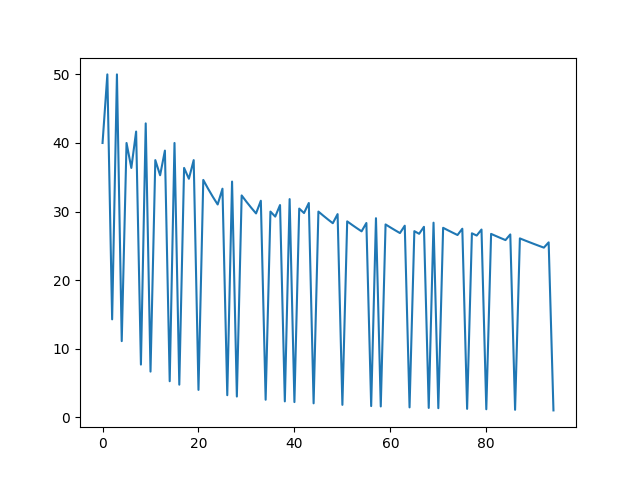
Repository: Vorztek/Data
Script's output: python Exercices_Python/Old_project/Maths_and_algorithms/Première_série_exo/génération_nombre_premiers.py
An editor plug-in stored every save of this project. The script's output is shown before and after a run of saves, followed by the edit.
Random numbers start from a fixed seed.

Above is the script's output before, as saved 2021-07-28 16:07:41.

After the next 2 saves:
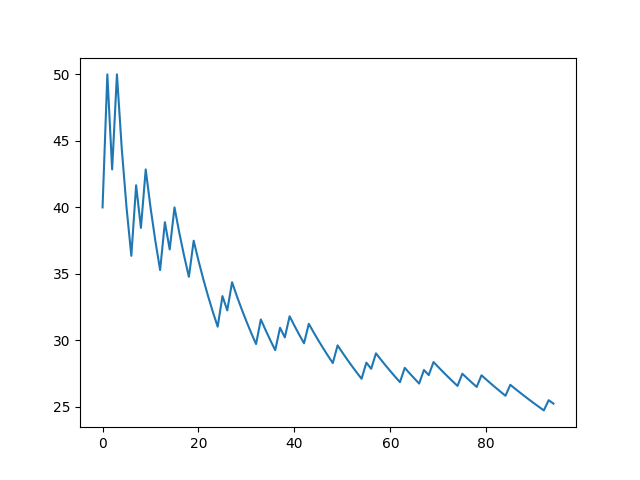
The 2 saves are shown as one change because 1 did not build or start.
The last was saved 5 min 12 s later.
--- a/Exercices_Python/Old_project/Maths_and_algorithms/Première_série_exo/génération_nombre_premiers.py
+++ b/Exercices_Python/Old_project/Maths_and_algorithms/Première_série_exo/génération_nombre_premiers.py
@@ -10,30 +10,38 @@ def is_prime(p):
         return True
 
 meoisation = []
+
 def number_of_prime(n):
     compte = 0
     # Pour chaque élement compris dans la liste de chaque élement de l'intervalle
-    if n - 2 in meoisation:
+    if n in meoisation:
         print("NEZOFLIUC")
         compte += 1
         pourcent = ((compte / n) *100)
         return pourcent
 
-    else:
-        for i in range(2, n):
-            if is_prime(i) is True:
-                compte += 1
-                if i not in meoisation:
-                    meoisation.append(i)
-        pourcent = ((compte / n) *100)
-        print(meoisation)
-        return pourcent
+def number_of_prime2(n):
+    compte = 0
+    for i in range(2, n):
+        if is_prime(i) is True:
+            compte += 1
+            if i not in meoisation:
+                meoisation.append(i)
+    pourcent = ((compte / n) *100)
+    print(meoisation)
+    return pourcent
 
     # Print("Entre 1 et {} il y a {} nombres premier".format(valeur, compte))
 
 def courbe():
+    liste1 = []
     #valeur = int(input("Quelle est la valeur maximale souhaitée : "))
-    liste1 = [number_of_prime(n) for n in range(5, 100)]
+    for n in range(5, 100):
+        if n in meoisation:
+            liste1.append([number_of_prime(n)])
+        else:
+            liste1.append([number_of_prime2(n)])
+
     return liste1
 
 plt.plot(courbe())
